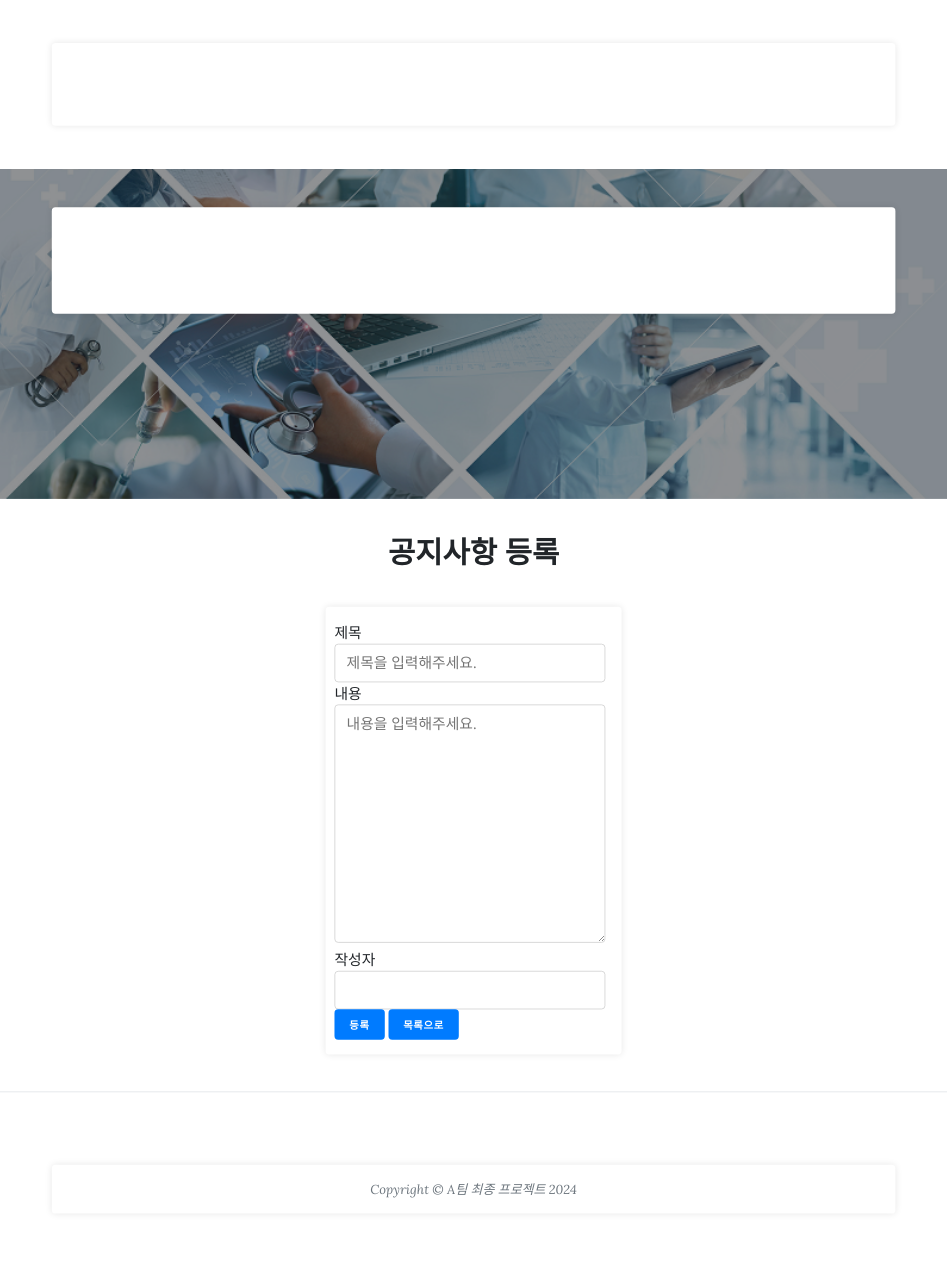
Repository: honsb91/project
Page: http://localhost/hospital/WEB-INF/views/board/notwriter.jsp
An editor plug-in stored every save of this project. The page is shown before and after the next save, followed by the edit.
The browser window is 1280 px wide. The pictures show the whole page, at 74% of full size.
Some web libraries are served in a nearby version. The page is served by Tomcat 9. Nobody is signed in. Other server files are loaded and not shown. The template is opened directly, without the code that normally fills it, so the values that code supplies are empty.

Above is the page before, as saved 2024-02-07 01:58:57.

### hospital/src/main/webapp/WEB-INF/views/board/notwriter.jsp
<%@ page language="java" contentType="text/html; charset=UTF-8"
    pageEncoding="UTF-8"%>
<!DOCTYPE html>
<html>
<head>
<meta charset="UTF-8">
<title>Insert title here</title>
</head>
<link rel="stylesheet" href="/resources/css/board/notwriter.css">
<script src="https://ajax.googleapis.com/ajax/libs/jquery/3.3.1/jquery.min.js"></script>
<body>
<jsp:include page="/WEB-INF/views/include/header.jsp"/>
<h1>공지사항 등록</h1>
<form id="notice_form" action="/board/notwriter" method="post">
<div class="container">
    <div class="form-container">
        <div class="menu">제목</div>
           <input type="text" name="notice_title" class="notice-subject" placeholder=" 제목을 입력해주세요.">
    </div>
    <div class="form-container">
        <div class="menu">내용</div>
           <textarea name="notice_content" cols="30" rows="10" placeholder=" 내용을 입력해주세요." class="content"></textarea>
    </div>
    <div class="form-container">
        <div class="menu">작성자</div>
        <input type="text" name="notice_writer" id="writer" class="notice-subject">
    </div>
    <div class="button-container">
    <button type="submit" class="btn">등록</button>
    <button type="button" class="btn" id="notice_list">목록으로</button>
    </div>
    </div>
</form>
<jsp:include page="/WEB-INF/views/include/footer.jsp"/>
</body>
<script>
$(document).ready(function(){
    $("#notice_list").click(function(){
        // 목록 페이지로 이동
        window.location.href = "/board/notice";
    });
});
</script>
</html>

### hospital/src/main/webapp/WEB-INF/views/include/header.jsp
<%@ page language="java" contentType="text/html; charset=UTF-8"
	pageEncoding="UTF-8"%>
<%@ taglib prefix="c" uri="http://java.sun.com/jsp/jstl/core"%>
<meta charset="UTF-8">`
<title>Insert title here</title>
<head>
<meta charset="utf-8" />
<meta name="viewport" content="width=device-width, initial-scale=1, shrink-to-fit=no" />
<meta name="description" content="" />
<meta name="author" content="" />
<link rel="icon" type="image/x-icon" href="/resources/assets/favicon.ico" />
<script src="https://use.fontawesome.com/releases/v6.3.0/js/all.js" crossorigin="anonymous"></script>
<link href="https://fonts.googleapis.com/css?family=Lora:400,700,400italic,700italic" rel="stylesheet" type="text/css" />
<link href="https://fonts.googleapis.com/css?family=Open+Sans:300italic,400italic,600italic,700italic,800italic,400,300,600,700,800"
	rel="stylesheet" type="text/css" />
<link href="/resources/css/styles.css" rel="stylesheet" />
</head>
<body>
	<!-- Navigation-->
	<nav class="navbar navbar-expand-lg navbar-light" id="mainNav">
		<div class="container px-4 px-lg-5">
			<a class="navbar-brand" href="/main">Health Care</a>
			<button class="navbar-toggler" type="button"
				data-bs-toggle="collapse" data-bs-target="#navbarResponsive"
				aria-controls="navbarResponsive" aria-expanded="false"
				aria-label="Toggle navigation">
				Menu <i class="fas fa-bars"></i>
			</button>
			<div class="collapse navbar-collapse" id="navbarResponsive">
				<ul class="navbar-nav ms-auto py-4 py-lg-0 ">
    				<li class="nav-item"><a class="nav-link px-lg-3 py-3 py-lg-4" href="/main">Home</a></li>
    				<!-- 관리자로 로그인시 faq 와 공지사항은 안보이게 처리-->
    				<c:if test="${empty admin}">
    					<li class="nav-item"><a class="nav-link px-lg-3 py-3 py-lg-4" href="<c:url value='/board/faq'/>">FAQ</a></li>
    					<li class="nav-item"><a class="nav-link px-lg-3 py-3 py-lg-4" href="<c:url value='/board/notice'/>">공지사항</a></li>
    					<li class="nav-item"><a class="nav-link px-lg-3 py-3 py-lg-4" href="<c:url value='/board/qsboard'/>">질문게시판</a></li>
    				</c:if>

    				<c:if test="${empty patient and empty admin}">
        			<!-- 로그인 안 된 경우 -->
        				<li class="nav-item"><a class="nav-link px-lg-3 py-3 py-lg-4" href="<c:url value='/member/login'/>">로그인</a></li>
        				<li class="nav-item"><a class="nav-link px-lg-3 py-3 py-lg-4" href="<c:url value='/admin/login'/>">관리자 로그인</a></li>
        				<li class="nav-item"><a class="nav-link px-lg-3 py-3 py-lg-4" href="<c:url value='/member/join'/>">회원가입</a></li>
    				</c:if>

    				<c:if test="${not empty patient}">
        			<!-- 일반 회원으로 로그인된 경우 -->
        				<li class="nav-item"><a class="nav-link px-lg-3 py-3 py-lg-4" href="<c:url value='/member/logout'/>">로그아웃</a></li>
    				</c:if>

    				<c:if test="${not empty admin}">
        			<!-- 관리자로 로그인된 경우 -->
        				<li class="nav-item"><a class="nav-link px-lg-3 py-3 py-lg-4" href="<c:url value='/board/patient'/>">환자정보 관리</a></li>
        				<li class="nav-item"><a class="nav-link px-lg-3 py-3 py-lg-4" href="<c:url value='/board/faq'/>">FAQ 관리</a></li>
        				<li class="nav-item"><a class="nav-link px-lg-3 py-3 py-lg-4" href="<c:url value='/board/notice'/>">공지사항 관리</a></li>
        				<li class="nav-item"><a class="nav-link px-lg-3 py-3 py-lg-4" href="<c:url value='/admin/logout'/>">로그아웃</a></li>
    				</c:if>
				</ul>
			</div>
		</div>
	</nav>
	<!-- Page Header-->
	<header class="masthead" style="background-image: url('/resources/assets/img/test4.png')">
		<div class="container position-relative px-4 px-lg-5">
			<div class="row gx-4 gx-lg-5 justify-content-center">
				<div class="col-md-10 col-lg-8 col-xl-7">
					<div class="site-heading">
						<h1>Health Care</h1>
					</div>
				</div>
			</div>
		</div>
	</header>

### hospital/src/main/webapp/WEB-INF/views/include/footer.jsp
<%@ page language="java" contentType="text/html; charset=UTF-8"
    pageEncoding="UTF-8"%>
<!DOCTYPE html>
<html>
<head>
<meta charset="UTF-8">
<title>Insert title here</title>
</head>
<body>
<footer class="border-top">
		<div class="container px-4 px-lg-5">
			<div class="row gx-4 gx-lg-5 justify-content-center">
				<div class="col-md-10 col-lg-8 col-xl-7">
					<div class="small text-center text-muted fst-italic">Copyright
						&copy; A팀 최종 프로젝트 2024</div>
				</div>
			</div>
		</div>
	</footer>
	<!-- Bootstrap core JS-->
	<script
		src="https://cdn.jsdelivr.net/npm/bootstrap@5.2.3/dist/js/bootstrap.bundle.min.js"></script>
	<!-- Core theme JS-->
	<script src="js/scripts.js"></script>
</body>
</html>

### hospital/src/main/webapp/resources/css/board/notwriter.css
body {
    font-family: Arial, sans-serif;
    margin: 0;
    padding: 0;
    background-color: #f0f0f0;
}

.container {
    width: 50%;
    margin: 50px auto;
    background-color: #fff;
    padding: 20px;
    border-radius: 5px;
    box-shadow: 0 0 10px rgba(0, 0, 0, 0.1);
}

h1 {
    text-align: center;
}

form {
    max-width: 400px;
    margin: 0 auto;
}

.input_wrap {
    margin-bottom: 20px;
}

label {
    display: block;
    margin-bottom: 5px;
}

input[type="text"],
textarea {
    width: calc(100% - 10px);
    padding: 10px;
    border-radius: 5px;
    border: 1px solid #ccc;
}

button.btn {
    padding: 10px 20px;
    background-color: #007bff;
    color: #fff;
    border: none;
    border-radius: 5px;
    cursor: pointer;
}

button.btn:hover {
    background-color: #0056b3;
}

### hospital/src/main/webapp/resources/js/scripts.js
/*!
* Start Bootstrap - Clean Blog v6.0.9 (https://startbootstrap.com/theme/clean-blog)
* Copyright 2013-2023 Start Bootstrap
* Licensed under MIT (https://github.com/StartBootstrap/startbootstrap-clean-blog/blob/master/LICENSE)
*/
window.addEventListener('DOMContentLoaded', () => {
    let scrollPos = 0;
    const mainNav = document.getElementById('mainNav');
    const headerHeight = mainNav.clientHeight;
    window.addEventListener('scroll', function() {
        const currentTop = document.body.getBoundingClientRect().top * -1;
        if ( currentTop < scrollPos) {
            // Scrolling Up
            if (currentTop > 0 && mainNav.classList.contains('is-fixed')) {
                mainNav.classList.add('is-visible');
            } else {
                console.log(123);
                mainNav.classList.remove('is-visible', 'is-fixed');
            }
        } else {
            // Scrolling Down
            mainNav.classList.remove(['is-visible']);
            if (currentTop > headerHeight && !mainNav.classList.contains('is-fixed')) {
                mainNav.classList.add('is-fixed');
            }
        }
        scrollPos = currentTop;
    });
})

Loaded but not shown: hospital/src/main/webapp/resources/css/styles.css (library)

After the next save:
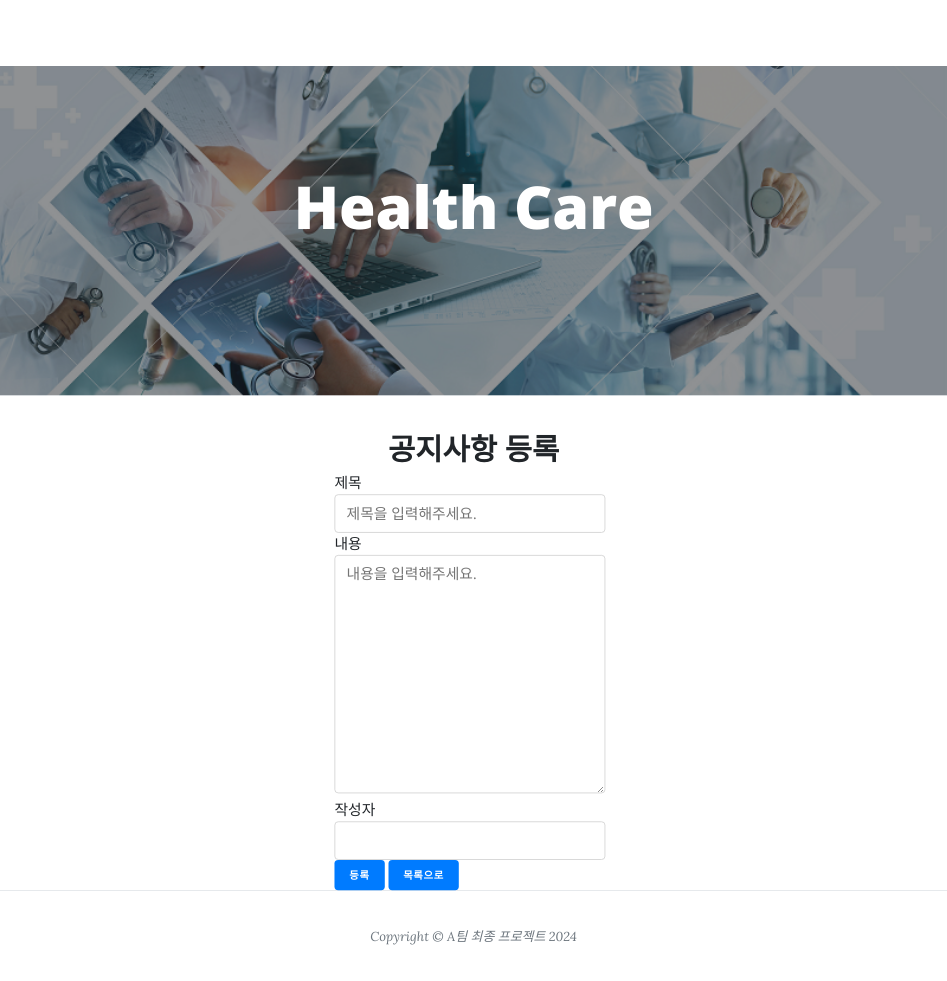
Saved 46 s later.
--- a/hospital/src/main/webapp/resources/css/board/notwriter.css
+++ b/hospital/src/main/webapp/resources/css/board/notwriter.css
@@ -3,15 +3,6 @@ body {
     margin: 0;
     padding: 0;
     background-color: #f0f0f0;
-}
-
-.container {
-    width: 50%;
-    margin: 50px auto;
-    background-color: #fff;
-    padding: 20px;
-    border-radius: 5px;
-    box-shadow: 0 0 10px rgba(0, 0, 0, 0.1);
 }
 
 h1 {
